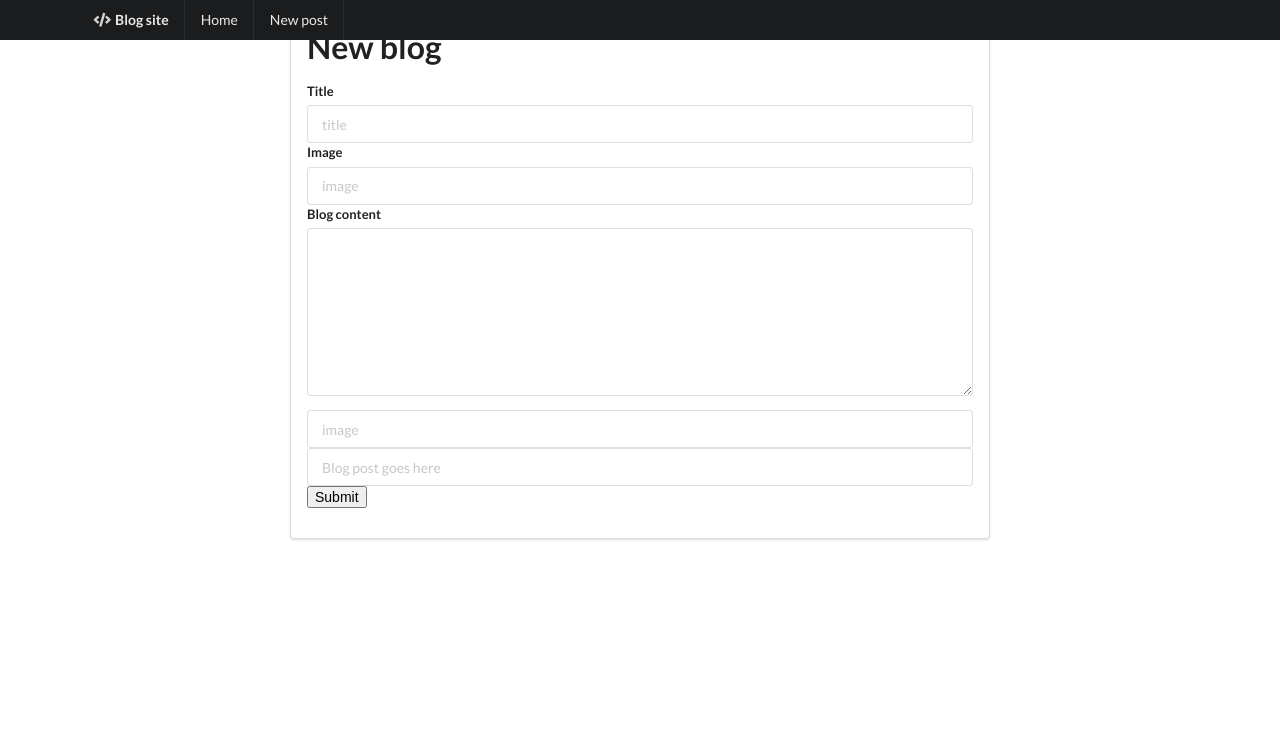
Repository: DevIvanVarela/the-web-developer-bootcamp
Page: http://localhost/blogs/new
The author's editor kept a record of every edit. The page is drawn from the files as they stood at one moment, then again after the next edit.
The browser window is 1280 px wide. The pictures show the whole page.
The page is served by the project's Node server (RESTfulRouting/RESTfulBlogApp/app.js).

Above is the page before.

After the next edit:
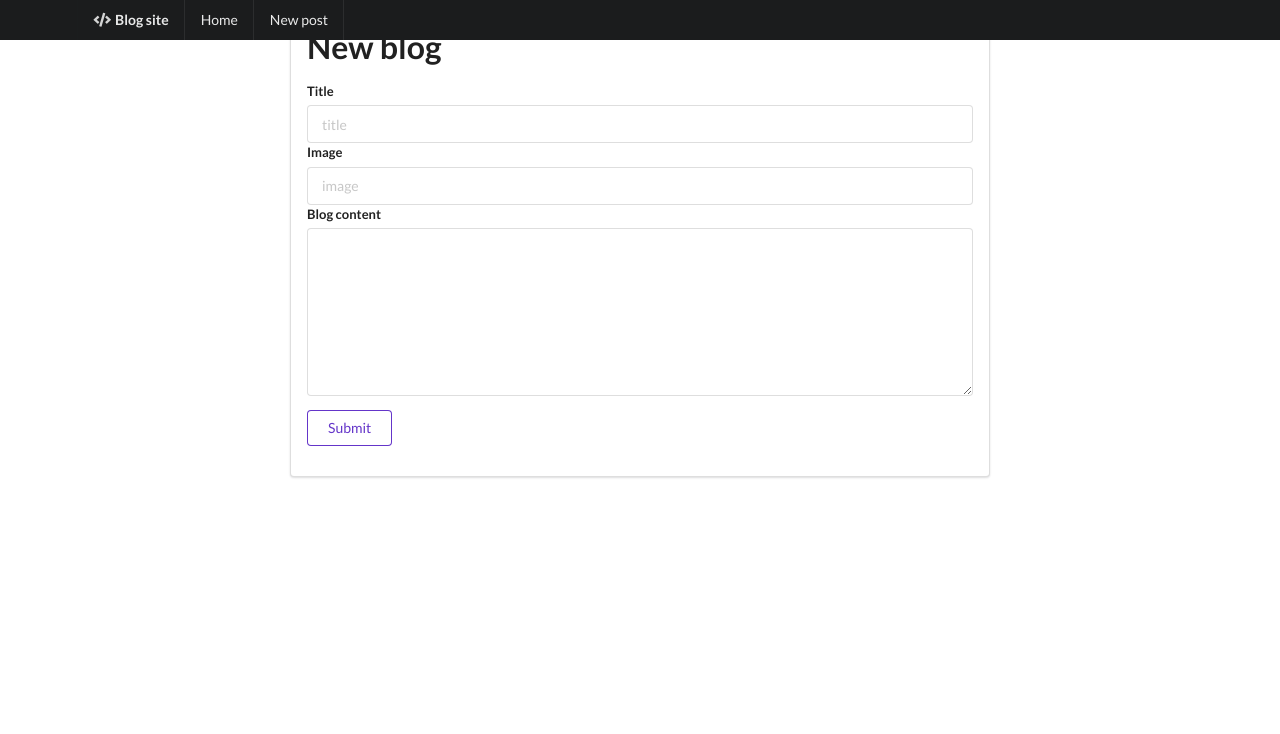
The edit:
--- a/workspace/RESTfulRouting/RESTfulBlogApp/views/new.ejs
+++ b/workspace/RESTfulRouting/RESTfulBlogApp/views/new.ejs
@@ -10,10 +10,7 @@
             <label>Blog content</label>
             <textarea name="blog[image]"></textarea>
         </div>
-
-        <input type="text"  placeholder="image">
-        <input type="text" name="blog[body]" placeholder="Blog post goes here">
-        <input type="submit">
+        <input class="ui violet basic button" type="submit">
     </form>
 </div>
 <% include ./partials/footer %>
